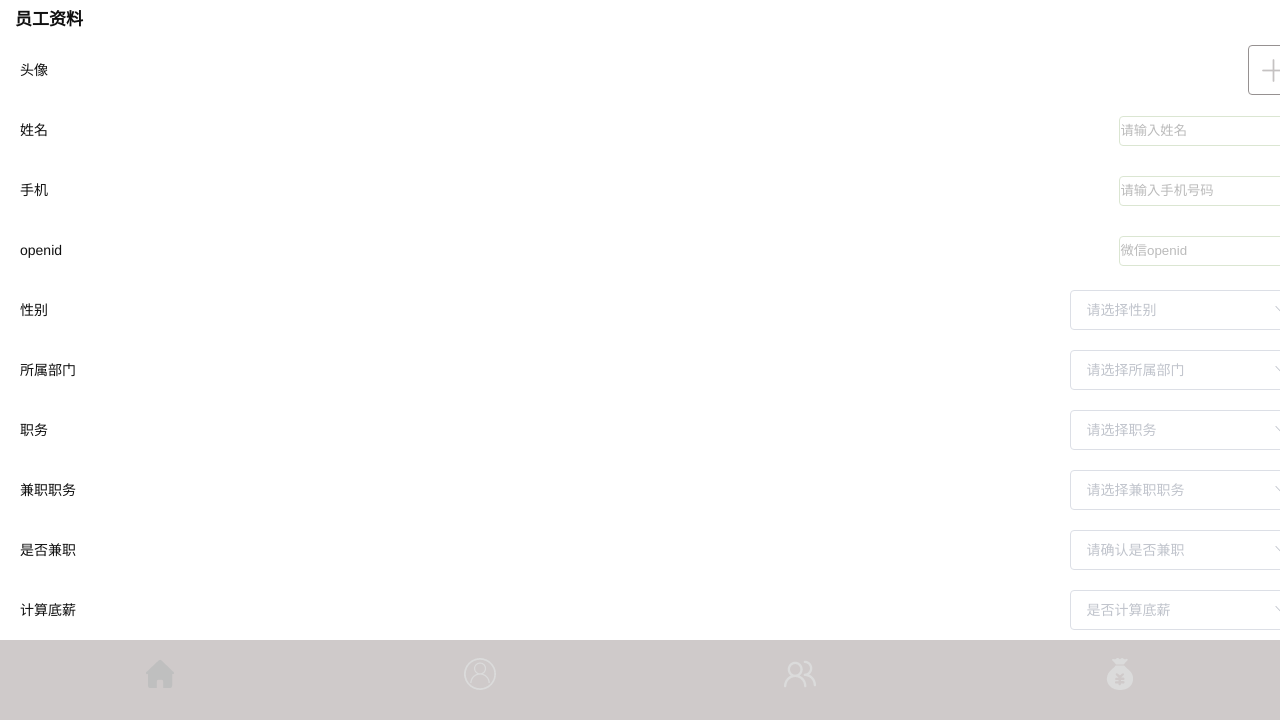
Repository: panlin520-team/lnmj-staffH5
Page: /#/homepage
These files come from the project's save history. The page is drawn as it stood at one moment and after the next save; the edit follows.
The browser window is 1280 px wide. The pictures show the whole page.
An inner scrolling area shows only its first screen. The project was rebuilt for these pictures with package versions that can differ from the ones it lists, and the page was loaded fresh each time. Also part of the build but not shown: src/views/Lojin.vue.

Above is the page before, as saved 2020-04-09 16:50:58.

### src/main.js
import Vue from 'vue'
import App from './App.vue'
import router from './router'
import store from './store'
import ElementUI from 'element-ui'
import '@/assets/scss/reset.less'
import 'element-ui/lib/theme-chalk/index.css';
Vue.use(ElementUI)


Vue.config.productionTip = false

new Vue({
  router,
  store,
  render: h => h(App)
}).$mount('#app')

### src/App.vue
<template>
  <div id="app">
    <router-view />
  </div>
</template>
<script>
export default {
  data() {
    return {
    };
  },
  created() {},
  methods: {
  }
};
</script>
<style lang="less">
</style>

### src/router/index.js
import Vue from 'vue'
import VueRouter from 'vue-router'
import Lojin from '../views/Lojin.vue'

Vue.use(VueRouter)

const routes = [
  //首页登录
  {
    path: '/',
    name: 'Lojin',
    component: Lojin
  },
  //首页登录
  {
    path: '/Lojin',
    name: 'Lojin',
    component: Lojin
  },
  //用户注册
  {
    path: '/register',
    name: 'Register',
    component: () => import('../views/Register.vue')
  },
  //用户忘记密码
  {
    path: '/forgetpassword',
    name: 'Forgetpassword',
    component: () => import('../views/Forgetpassword.vue')
  },
  //登录首页
  {
    path: '/homepage',
    name: 'Homepage',
    component: () => import('../views/Homepage.vue')
  },
  //业绩
  {
    path: '/performance',
    name: 'Performance',
    component: () => import('../views/Performance.vue')
  },
  //组员
  {
    path: '/crew',
    name: 'Crew',
    component: () => import('../views/Crew.vue')
  },
  //工资
  {
    path: '/salary',
    name: 'Salary',
    component: () => import('../views/Salary.vue')
  },
]

const router = new VueRouter({
  routes
})

export default router

### src/assets/scss/reset.less
* {
  margin: 0;
  padding: 0;
}

div {
  box-sizing: border-box;
  -webkit-tap-highlight-color: rgba(0, 0, 0, 0);
  // -webkit-user-select: none;
}

img {
  border: 0;
}

ul,
ol {
  list-style: none;
}

textarea {
  // 禁止调节文本域尺寸
  resize: none;
  outline-style: none;
  -webkit-appearance: none;
}

input,
button {
  outline-style: none;
  box-sizing: border-box;
  border: none;
}

// 输入框提示文本颜色设置
input::-moz-focus-inner {
  border: 0;
}

input::-webkit-input-placeholder {
  /* WebKit browsers */
  color: #BBB;
}

input::-moz-placeholder {
  /* Mozilla Firefox 19+ */
  color: #BBB;
}

input:-ms-input-placeholder {
  /* Internet Explorer 10+ */
  color: #BBB;
}

html,
body {
  width: 100%;
  height: 100%;
}

body {
  background-color: #ffffff;
  font-family: "Helvetica Neue", Helvetica, "PingFang SC", "Hiragino Sans GB", "Microsoft YaHei", "微软雅黑", Arial, sans-serif;
  font-size: 14px;
  color: #101010;
}

#app {
  position: relative;
  width: 100%;
  height: 100%;
}

// 滚动条尺寸
div::-webkit-scrollbar {
  width: 10px;
  height: 10px;
}

// 滚动条内部方块
// div::-webkit-scrollbar-thumb {
//   border-radius: 10px;
//   box-shadow: inset 0 0 5px rgba(0, 0, 0, 0.2);
//   background: #52BD3A;
// }

// 滚动条轨道
// div::-webkit-scrollbar-track {
//   box-shadow: inset 0 0 5px rgba(0, 0, 0, 0.2);
//   border-radius: 10px;
//   background: rgba(0, 0, 0, 0.1);
// }

.topBand {
  width: 100%;
  height: 80px;
  background: #23A547;
  display: flex;
  position: fixed;
  top: 0;
  left: 0;
  z-index: 100;
}

.container {
  display: flex;
  background: #ffffff;
  padding-top: 80px;
  z-index: 99;
  height: 100%;

  .aside {
    width: 200px;
    min-width: 200px;
    overflow: hidden;
    white-space: nowrap;
    text-overflow: ellipsis;
    position: fixed;
    top: 80px;
    bottom: 0;
    left: 0;
  }

  .main {
    flex: 1;

    &.active {
      padding-left: 200px;
    }
  }
}

.footer {
  height: 80px;
  background: #23A547;
}

.scrollX {
  overflow-x: auto;
  overflow-y: hidden;
}

.scrollY {
  overflow-x: hidden;
  overflow-y: auto;
  width: 100%;
}

.popPage {
  position: fixed;
  top: 0;
  left: 0;
  width: 100%;
  height: 100%;
  padding: 20px;
  z-index: 100;
  background-color: #ffffff;
}

.nowrap {
  overflow: hidden;
  white-space: nowrap;
  text-overflow: ellipsis;
}

.btn-pointer {
  cursor: pointer;
}

### src/views/Homepage.vue
 <!--登录首页-->
<template>
  <div class="homepage">
    <!-- 中间 -->
    <div
      class="content"
      :style="{'height': (virtualHeight - 80)+'px','overflow':'auto','margin-bottom':80+'px','width': virtualWidth +'px'}"
    >
      <div class="top" slot="top">
        <div class="title">员工资料</div>
      </div>
      <div
        class="main"
        slot="main"
        :style="{'height': (virtualHeight - 113)+'px','width': virtualWidth +'px'}"
      >
        <div class="items scrollY">
          <!-- 头像上传 -->
          <div class="item">
            <label class="label-left" style="line-height: 50px;">头像</label>
            <div class="uplodse">
              <el-upload
                class="avatar-uploader"
                :action="uploadUrl"
                :show-file-list="false"
                :on-success="handleAvatarSuccess"
                :before-upload="beforeAvatarUpload"
              >
                <img v-if="imageUrl" :src="imageUrl" class="avatar" />
                <i v-else class="el-icon-plus avatar-uploader-icon"></i>
              </el-upload>
            </div>
          </div>
          <div class="item">
            <label class="label-left">姓名</label>
            <div class="value">
              <input
                type="text"
                placeholder="请输入姓名"
                v-model="employeesDetails.name"
                class="input-value"
              />
            </div>
          </div>
          <div class="item">
            <label class="label-left">手机</label>
            <div class="value">
              <input
                type="text"
                placeholder="请输入手机号码"
                v-model="employeesDetails.mobile"
                class="input-value"
              />
            </div>
          </div>
          <div class="item">
            <label class="label-left">openid</label>
            <div class="value">
              <input
                type="text"
                placeholder="微信openid"
                v-model="employeesDetails.openid"
                class="input-value"
              />
            </div>
          </div>
          <div class="item">
            <label class="label-left">性别</label>
            <div class="value">
              <el-select v-model="employeesDetails.gender" placeholder="请选择性别">
                <el-option
                  v-for="item in genders"
                  :key="item.value"
                  :label="item.name"
                  :value="item.value"
                ></el-option>
              </el-select>
            </div>
          </div>
          <!-- <div class="item">
                <label class="label-left">所属分组</label>
                <div class="value">
                  <el-select v-model="employeesDetails.groupId" placeholder="请选择分组">
                    <el-option
                      v-for="item in groups"
                      :key="item.groupId"
                      :label="item.name"
                      :value="item.groupId"
                    ></el-option>
                  </el-select>
                </div>
          </div>-->
          <div class="item">
            <label class="label-left">所属部门</label>
            <div class="value">
              <el-select v-model="part_department" @change="changedepartment" placeholder="请选择所属部门">
                <el-option
                  v-for="item in part_partment"
                  :key="item.id"
                  :label="item.name"
                  :value="item.id"
                ></el-option>
              </el-select>
            </div>
          </div>
          <div class="item">
            <label class="label-left">职务</label>
            <div class="value">
              <el-select v-model="employeepostName" @change="changedeptails" placeholder="请选择职务">
                <el-option
                  v-for="item in postNames"
                  :key="item.postId"
                  :label="item.name"
                  :value="item.postId"
                ></el-option>
              </el-select>
            </div>
          </div>
          <div class="item">
            <label class="label-left">兼职职务</label>
            <div class="value">
              <el-select v-model="part_timeJobe" @change="changejobe" placeholder="请选择兼职职务">
                <el-option
                  v-for="item in part_timeNames"
                  :key="item.postId"
                  :label="item.name"
                  :value="item.postId"
                ></el-option>
              </el-select>
            </div>
          </div>

          <div class="item">
            <label class="label-left">是否兼职</label>
            <div class="value">
              <el-select v-model="part_trueJobe" @change="changetrueJobe" placeholder="请确认是否兼职">
                <el-option
                  v-for="item in part_trueNames"
                  :key="item.postId"
                  :label="item.name"
                  :value="item.postId"
                ></el-option>
              </el-select>
            </div>
          </div>
          <div class="item">
            <label class="label-left">计算底薪</label>
            <div class="value">
              <el-select v-model="isBasicSalarer" @change="changeSalary" placeholder="是否计算底薪">
                <el-option
                  v-for="item in isBasicSalary"
                  :key="item.value"
                  :label="item.label"
                  :value="item.value"
                ></el-option>
              </el-select>
            </div>
          </div>
          <!-- <div class="item">
            <label class="label-left">级别</label>
            <div class="value">
              <el-select v-model="employeesDetails.postLevel" placeholder="请选择级别">
                <el-option
                  v-for="item in levels"
                  :key="item.postLevelId"
                  :label="item.postLevelName"
                  :value="item.postLevelId"
                ></el-option>
              </el-select>
            </div>
          </div>-->
          <div class="item">
            <label class="label-left">入职时间</label>
            <div class="value">
              <el-date-picker
                v-model="employeesDetails.entryTime"
                :editable="false"
                :clearable="false"
                align="center"
                type="date"
                format="yyyy-MM-dd"
                value-format="yyyy-MM-dd"
                placeholder="选择入职时间"
                class="setEmpDatePicker"
              ></el-date-picker>
            </div>
          </div>
          <div class="item">
            <label class="label-left">目前状态</label>
            <div class="value">
              <el-select v-model="workingState" @change="changezhtai" placeholder="请选择员工目前状态">
                <el-option
                  v-for="item in workingStates"
                  :key="item.state"
                  :label="item.name"
                  :value="item.state"
                ></el-option>
              </el-select>
            </div>
          </div>
        </div>

        <div class="bottom" slot="bottom">
          <div class="btn-save btn-pointer" @click="newEmployees">确认修改</div>
        </div>
      </div>
    </div>
    <!-- 底部导航 -->
    <div class="switchoverBtn">
      <Btnnavigation></Btnnavigation>
    </div>
  </div>
</template>


<script>
//引入模块
import Btnnavigation from "@/components/Btnnavigation.vue";

export default {
  name: "homepage",
  components: { Btnnavigation },
  data() {
    return {
      // 浏览器可视高度
      virtualHeight: window.innerHeight,
      virtualWidth: window.innerWidth,
      //上传图片
      uploadUrl: "https://jsonplaceholder.typicode.com/posts/",
      imageUrl: "",
      //员工信息
      employeesDetails: {
        name: "",
        mobile: "",
        openid: "",
        gender: "",
        entryTime: ""
      },
      //部门
      part_department: "",
      part_partment: [],
      //职务
      employeepostName: "",
      postNames: [],
      //兼职职务
      part_timeJobe: "",
      part_timeNames: [],
      //是否兼职
      part_trueJobe: "",
      part_trueNames: [
        {
          postId: 1,
          name: "是"
        },
        {
          postId: 0,
          name: "否"
        }
      ],
      //是否计算底薪
      isBasicSalarer: "",
      isBasicSalary: [
        {
          value: 0,
          label: "否"
        },
        {
          value: 1,
          label: "是"
        }
      ],
      //目前状态
      workingState: "",
      workingStates: [
        {
          state: 1,
          name: "在职"
        },
        {
          state: 0,
          name: "离职"
        }
      ],
      //性别
      genders: [
        {
          value: 0,
          name: "女"
        },
        {
          value: 1,
          name: "男"
        }
      ]
    };
  },
  created() {},
  methods: {
    //返回登录页面
    returnLojin() {
      const _this = this;
      _this.$router.replace("/Lojin");
    },
    //上传图片
    //上传图片

    handleAvatarSuccess(res, file) {
      this.imageUrl = URL.createObjectURL(file.raw);
      console.log(this.imageUrl);
      console.log(res);
      console.log(file);
      console.log(12334);
    },
    beforeAvatarUpload(file) {
      const isLt2M = file.size / 1024 / 1024 < 2;
      if (!isLt2M) {
        this.$message.error("上传头像图片大小不能超过 2MB!");
      }
      return isLt2M;
    },
    //修改
    newEmployees() {},
    //修改部门
    changedepartment() {},
    //修改职务
    changedeptails() {},
    //修改兼职职务
    changejobe() {},
    //是否兼职
    changetrueJobe() {},
    //是否计算底薪
    changeSalary() {},
    //目前状态
    changezhtai() {}
  }
};
</script>

<style lang="less" scoped>
.homepage {
  width: 100%;
  height: 100%;
  position: relative;
  .content {
    .top {
      padding: 5px 15px;
    }
    .title {
      font-size: 17px;
      font-weight: 700;
    }
    .main {
      //   max-height: 420px;
      overflow: auto;
      .items {
        width: 103%;
        padding: 0 20px;
        .item {
          display: flex;
          justify-content: space-between;
          padding-top: 10px;
          line-height: 50px;
          .label-left {
            width: 70px;
          }
          .setEmpDatePicker {
            width: 200px;
          }
          .input-value {
            border: 1px solid rgb(219, 230, 210);
            height: 30px;
            border-radius: 4px;
          }
          .uplodse {
            width: 50px;
            height: 50px;
            border-radius: 4px;
            border: 1px solid rgb(150, 145, 145);
            text-align: center;
            .avatar-uploader {
              width: 100%;
              height: 100%;
            }
            .avatar-uploader-icon {
              font-size: 28px;
              color: rgb(197, 194, 194);
              width: 40px;
              height: 40px;
              line-height: 50px;
            }
          }
        }
      }
      .bottom {
        text-align: right;
        .btn-save {
          padding: 7px 15px;
          font-size: 14px;
          margin-right: 15px;
          border-radius: 6px;
          color: #ffffff;
          background-color: #23a547;
          text-align: center;
          display: inline-block;
        }
        .iconfont {
          font-size: 25px;
        }
        .btn-del {
          padding: 7px 15px;
          font-size: 14px;
          margin-right: 15px;
          border-radius: 6px;
          color: #ffffff;
          background: #e6a23c;
          text-align: center;
          display: inline-block;
        }
      }
    }
  }
  .switchoverBtn {
    position: absolute;
    bottom: 0;
    width: 100%;
    height: 80px;
    z-index: 999;
  }
  .avatar-uploader .el-upload {
    border: 1px dashed #d9d9d9;
    border-radius: 6px;
    cursor: pointer;
    position: relative;
    overflow: hidden;
  }
  .avatar-uploader .el-upload:hover {
    border-color: #409eff;
  }
  .avatar-uploader-icon {
    font-size: 28px;
    color: #8c939d;
    width: 178px;
    height: 178px;
    line-height: 178px;
    text-align: center;
  }
  .avatar {
    width: 178px;
    height: 178px;
    display: block;
  }
}
</style>

### src/components/Btnnavigation.vue
 <!--底部导航-->
<template>
  <div class="btnnavigation">
    <!-- <div class="somenavigation" to="/homepage">
      <div class="navitnew">
      <router-link to="/homepage">首页</router-link>
      </div>
    </div>-->
    <!-- <router-link class="somenavigation" to="/homepage">
      <div class="navitnew">
        <img src="../assets/images/homepage.png" alt />
      </div>
    </router-link>
    <router-link class="somenavigation" to="/Performance">
      <div class="navitnew">
        <img src="../assets/images/performance.png" alt />
      </div>
    </router-link>
    <router-link class="somenavigation" to="/crew">
      <div class="navitnew">
        <img src="../assets/images/crew.png" alt />
      </div>
    </router-link>
    <router-link class="somenavigation" to="/salary">
      <div class="navitnew">
        <img src="../assets/images/wage.png" alt />
      </div>
    </router-link>-->
    <div
      class="somenavigation"
      @click="closeClick(item)"
      v-for="item in dataondter"
      :class="item.index == someIndex ? 'active' : ''"
      :key="item.index"
    >
      <router-link class="somenavig" :to="{ path: item.path }">
        <div class="navitnew">
          <img :src="item.img" alt />
        </div>
      </router-link>
    </div>
  </div>
</template>

<script>
export default {
  name: "btnnavigation",
  components: {},
  data() {
    return {
      //绑定index
      someIndex: "",
      dataondter: [
        {
          index: 1,
          path: "/homepage",
          img: require("../assets/images/homepage.png")
        },
        {
          index: 2,
          path: "/Performance",
          img: require("../assets/images/pagename.png")
        },
        {
          index: 3,
          path: "/crew",
          img: require("../assets/images/crew.png")
        },
        {
          index: 4,
          path: "/salary",
          img: require("../assets/images/wage.png")
        }
      ]
    };
  },
  created() {},
  methods: {
    closeClick(res) {
      console.log(res);
      this.someIndex = res.index;
    }
  }
};
</script>

<style lang="less" scoped>
.btnnavigation {
  width: 100%;
  height: 80px;
  position: fixed;
  bottom: 0;
  display: flex;
  background-color: rgb(207, 202, 202);
  .somenavigation {
    width: 25%;
    height: 100%;
    &.active {
      background-color: rgb(252, 137, 7);
    }
    &.acc {
      background-color: #525351;
    }
    .somenavig {
      width: 100%;
      height: 100%;
    }
    .navitnew {
      text-align: center;
      line-height: 90px;
      color: red;
    }
  }
}
</style>

Loaded but not shown: public/index.html (common file); src/store/index.js (common file)

After the next save:
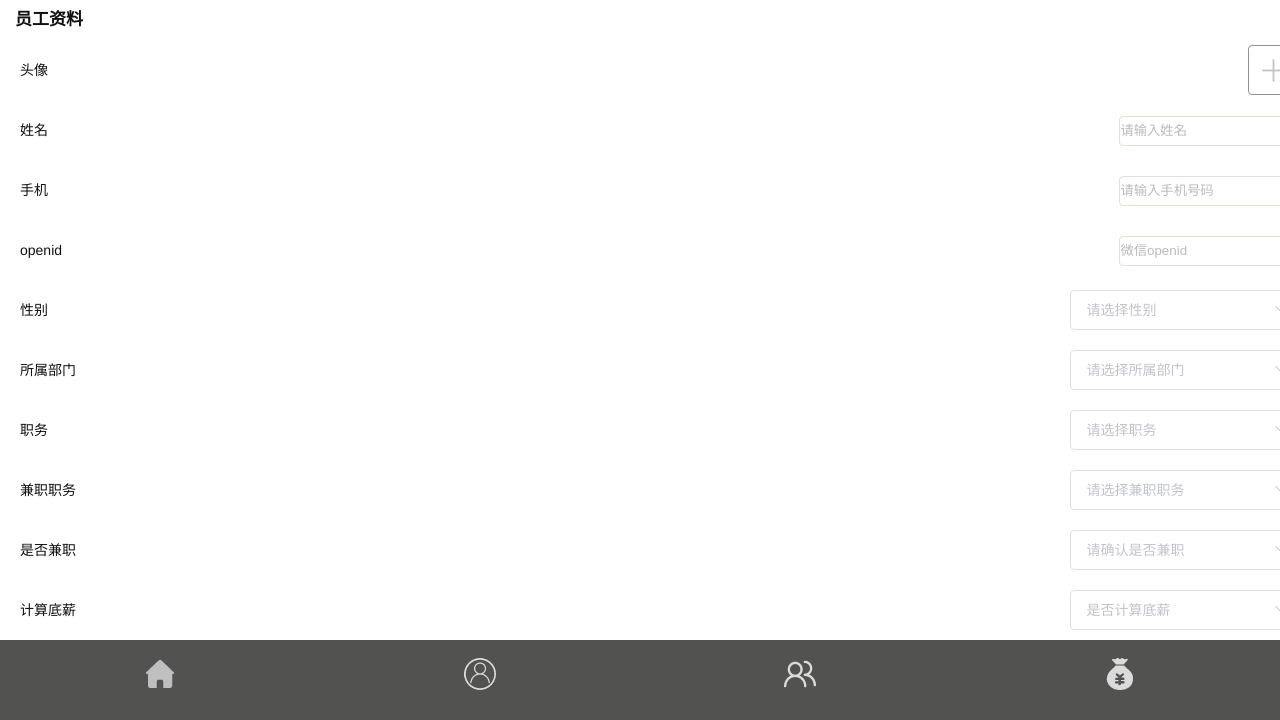
Saved 2 min 14 s later.
--- a/src/components/Btnnavigation.vue
+++ b/src/components/Btnnavigation.vue
@@ -30,7 +30,7 @@
       class="somenavigation"
       @click="closeClick(item)"
       v-for="item in dataondter"
-      :class="item.index == someIndex ? 'active' : ''"
+      :class="item.index == someIndex ? 'active' : 'acc'"
       :key="item.index"
     >
       <router-link class="somenavig" :to="{ path: item.path }">
